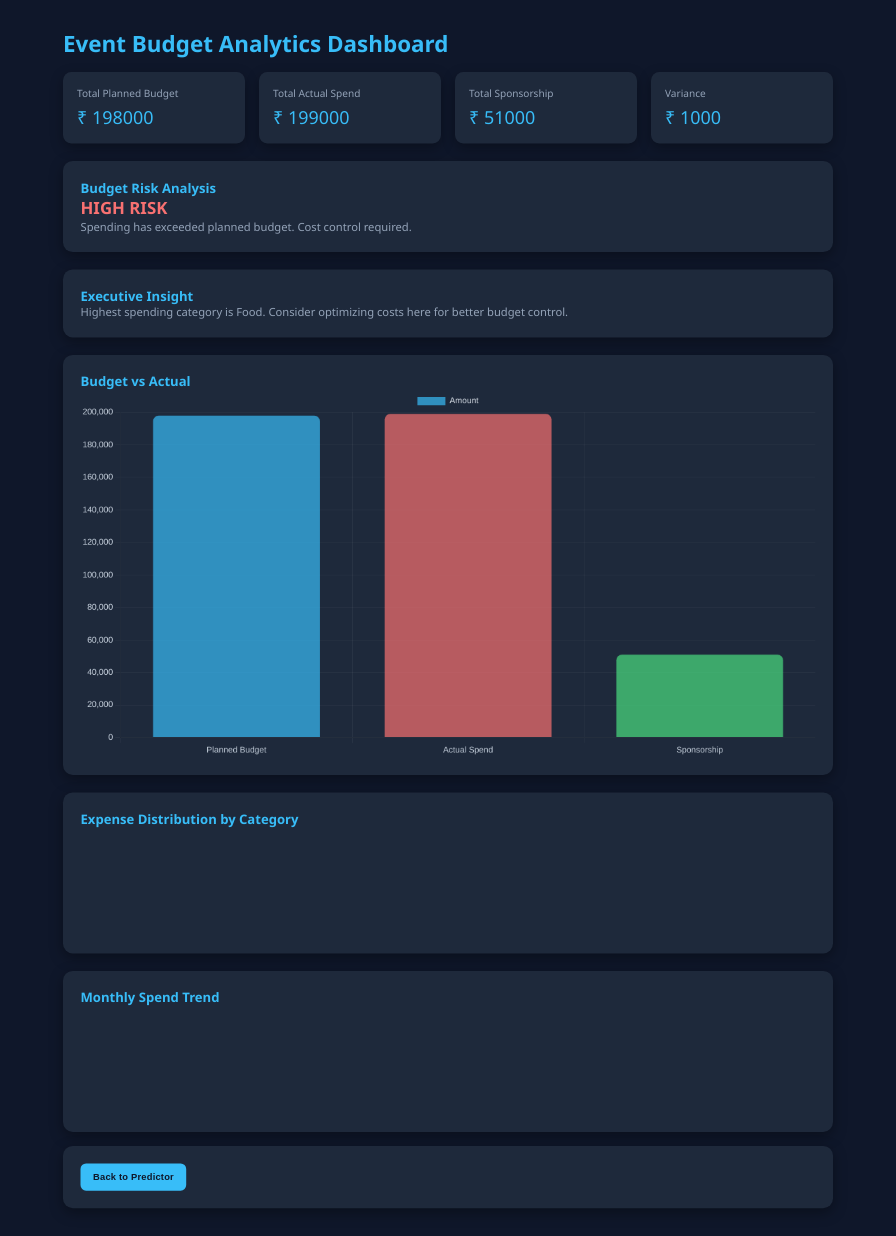
Repository: PratapOP/event-budget-analytics
Page: http://localhost/dashboard
The author's editor kept a copy of each file at every save. The page is drawn from the files as they stood at one save, then again after a run of saves.
The browser window is 1280 px wide. The pictures show the whole page, at 70% of full size.
The page is served by the project's application, run on Flask 3 (app.py).

Above is the page before, as saved 2026-02-21 04:38:34.

After the next 2 saves:
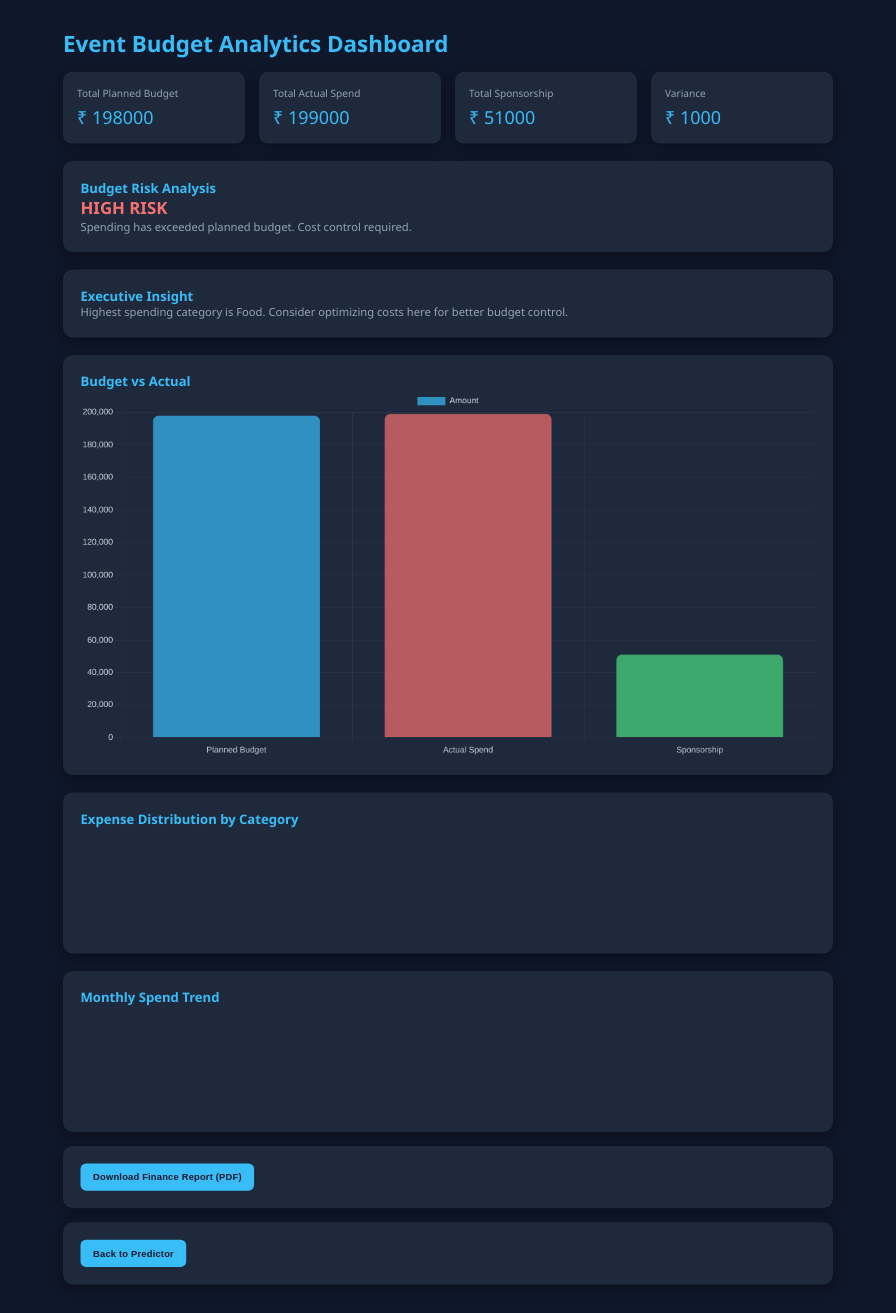
The 2 saves are shown as one change because they came seconds apart.
The last was saved 51 s later.
--- a/templates/dashboard.html
+++ b/templates/dashboard.html
@@ -68,6 +68,12 @@
     </div>
 
     <div class="card">
+    <a href="/download-report">
+        <button>Download Finance Report (PDF)</button>
+    </a>
+</div>
+
+    <div class="card">
         <a href="/"><button>Back to Predictor</button></a>
     </div>
 
